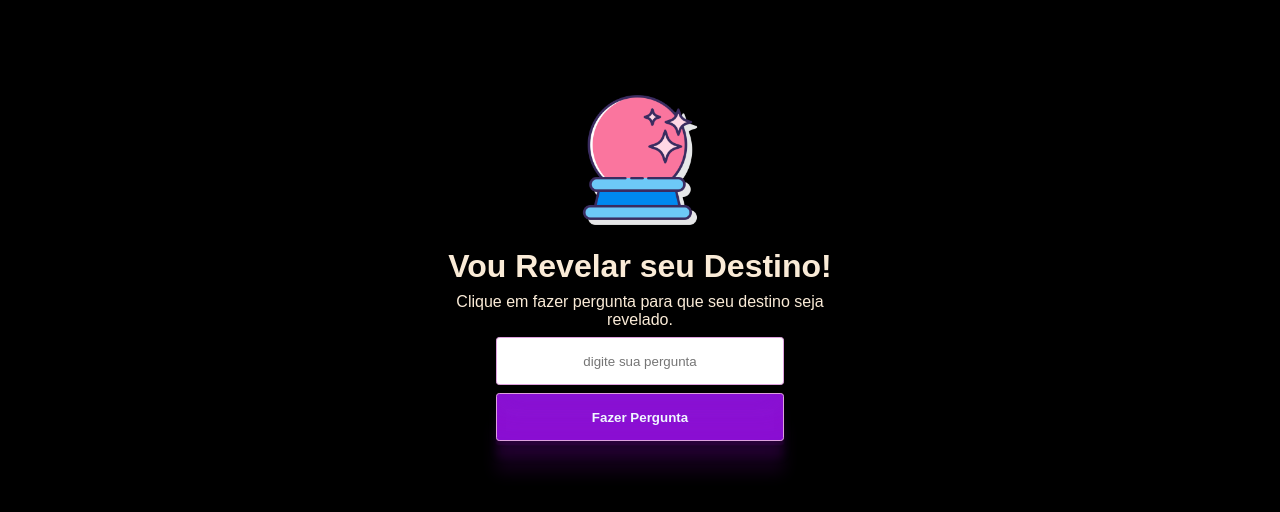
Repository: guilhermecardoso93/nlwexplorer
Page: index.html
The author's editor kept a copy of each file at every save. The page is drawn from the files as they stood at one save, then again after the next save.
The browser window is 1280 px wide. The pictures show the whole page.
The pointer rests on the first visible `button`.

Above is the page before, as saved 2022-06-08 23:51:14.

After the next save:
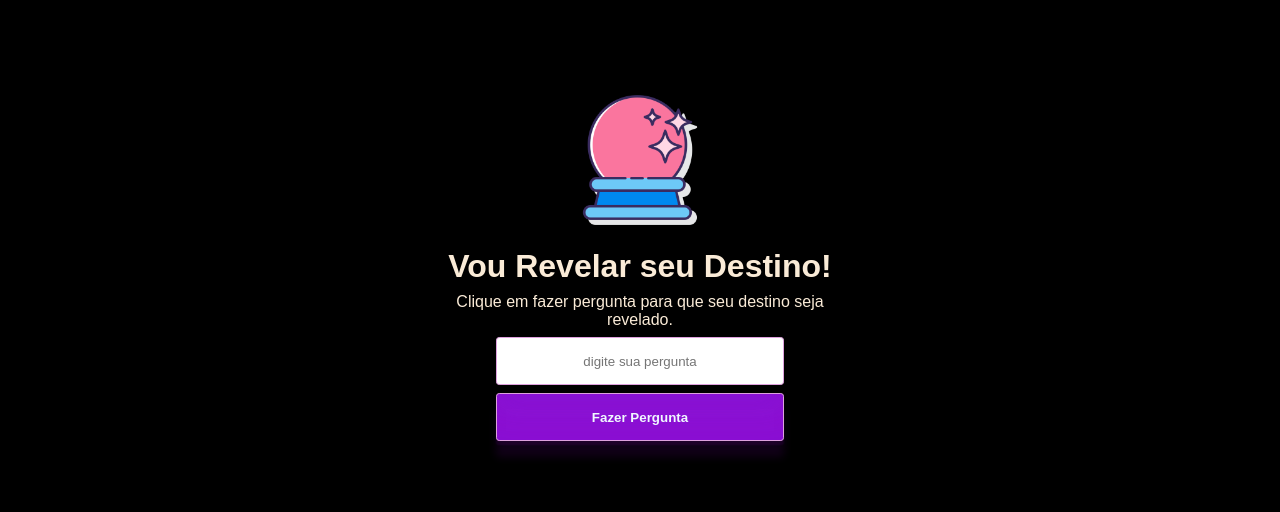
Saved 5 s later.
--- a/styles.css
+++ b/styles.css
@@ -58,5 +58,5 @@ button:hover {
     rgba(150, 9, 206, 0.12) 0px -36px 30px 0px inset,
     rgba(150, 9, 206, 0.12) 0px -79px 40px 0px inset, rgba(0, 0, 0, 0.06) 0px 2px 1px,
     rgba(150, 9, 206, 0.12) 0px 4px 2px, rgba(0, 0, 0, 0.09) 0px 8px 4px,
-    rgba(150, 9, 206, 0.12) 0px 16px 8px, rgba(150, 9, 206, 0.12) 0px 32px 16px;
+    rgba(150, 9, 206, 0.12) 0px 16px 8px, rgba(0, 0, 0, 0.09) 0px 32px 16px;
 }
